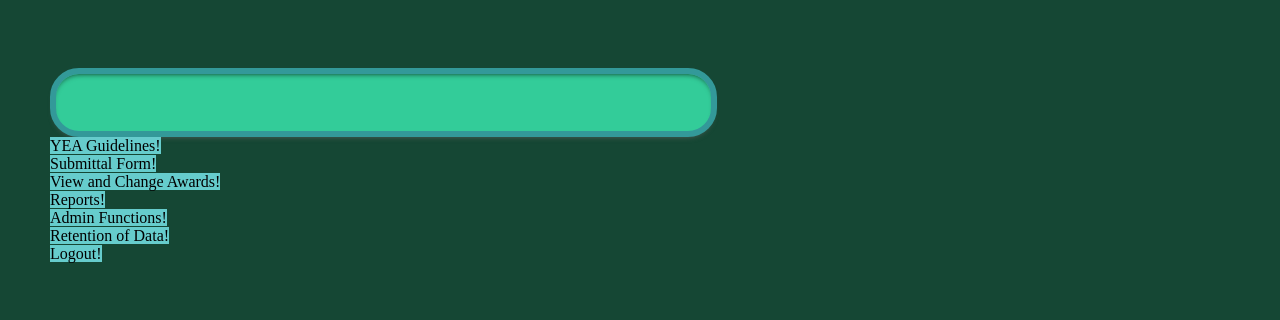
Repository: prajaktamore/Web-Based-Programming-3
Page: http://localhost/BinaryCalculator/entranceAdmin.jsp
These files come from the project's save history. The page is drawn as it stood at one moment and after the next save; the edit follows.
The browser window is 1280 px wide. The pictures show the whole page.
The page is served by Tomcat 9.

Above is the page before, as saved 2014-05-04 06:39:53.

After the next save:
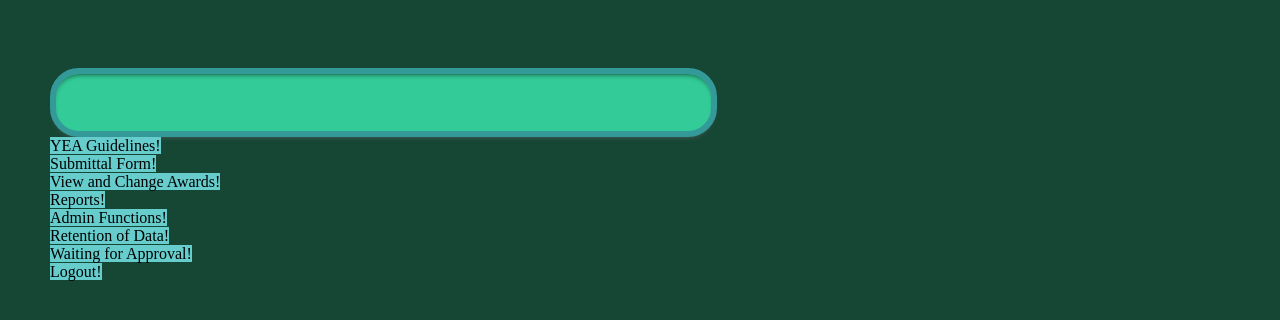
Saved 51 s later.
--- a/BinaryCalculator/WebContent/entranceAdmin.jsp
+++ b/BinaryCalculator/WebContent/entranceAdmin.jsp
@@ -16,6 +16,7 @@
 <br><a href="/BinaryCalculator/Reports.jsp">Reports!</a>
 <br><a href="/BinaryCalculator/AdminFunctionLogin.jsp">Admin Functions!</a>
 <br><a href="/BinaryCalculator/Retention.jsp">Retention of Data!</a>
+<br><a href="/BinaryCalculator/Waiting.jsp">Waiting for Approval!</a>
 <br><a href="/BinaryCalculator/Login.jsp">Logout!</a>
 </body>
 </body>
